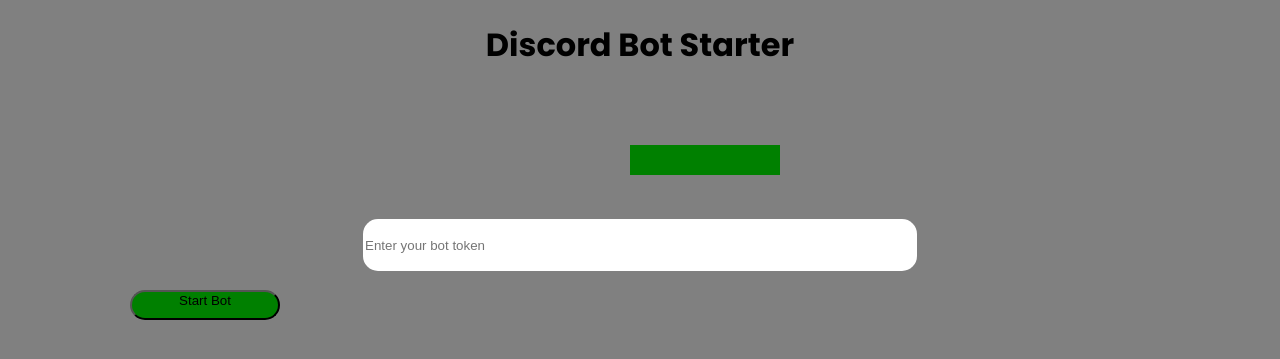
Repository: ranger2202/discord-bot-panel
Page: ranger-bot-runner/app/templates/landing.html
An editor plug-in stored every save of this project. The page is shown before and after a run of saves, followed by the edit.
The browser window is 1280 px wide. The pictures show the whole page.

Above is the page before, as saved 2023-12-30 12:06:59.

After the next 2 saves:
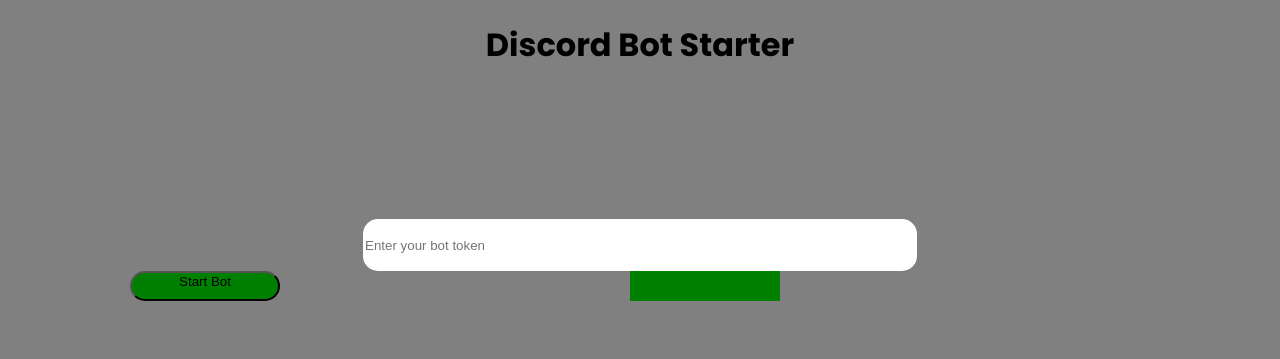
The 2 saves are shown as one change because they came seconds apart.
The last was saved 8 s later.
--- a/ranger-bot-runner/app/static/landing.css
+++ b/ranger-bot-runner/app/static/landing.css
@@ -13,7 +13,7 @@
     width: 150px;
     height: 30px;
     background-color: green;
-
+    bord
 
     top: 145px;
 }

After the save that followed:
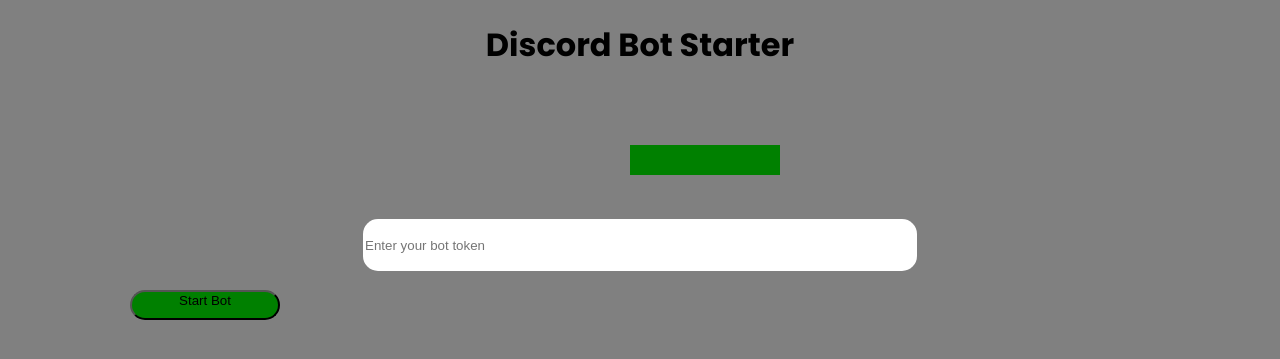
Saved 4 s later.
--- a/ranger-bot-runner/app/static/landing.css
+++ b/ranger-bot-runner/app/static/landing.css
@@ -13,7 +13,7 @@
     width: 150px;
     height: 30px;
     background-color: green;
-    bord
+
 
     top: 145px;
 }
